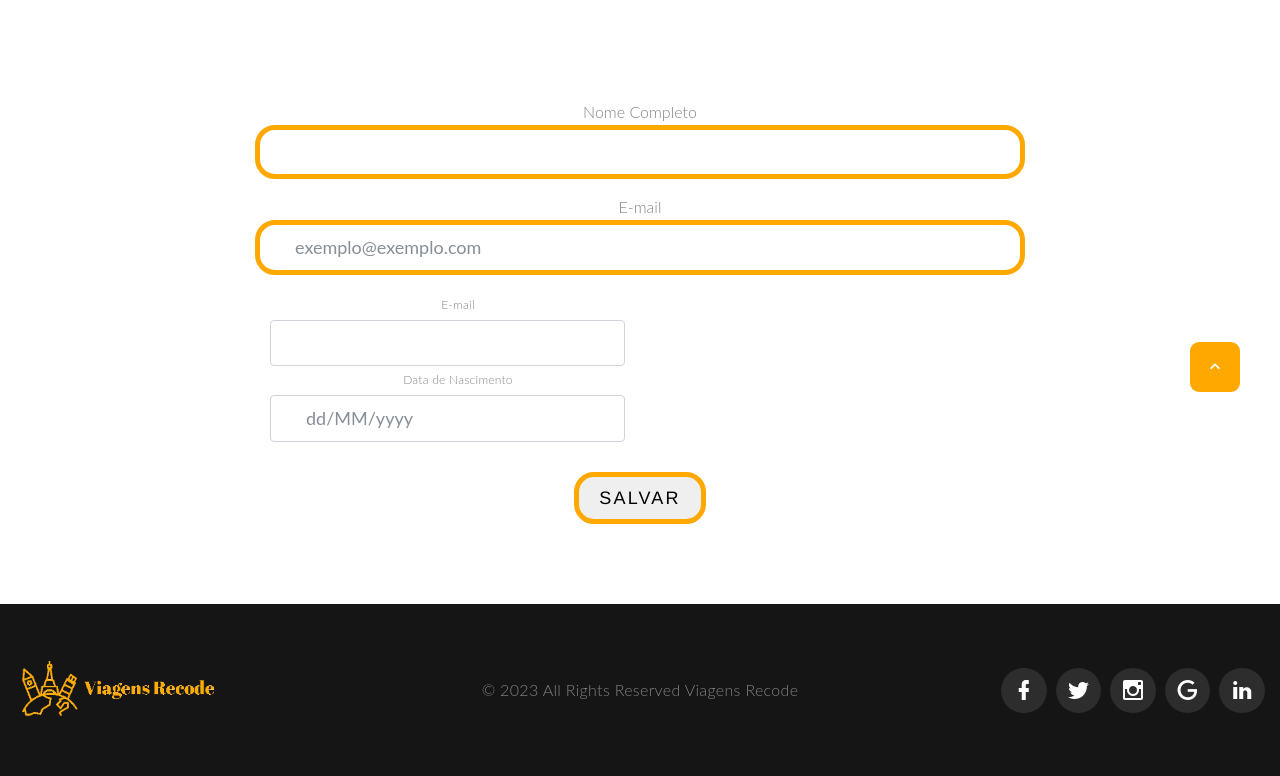
Repository: LiraS23/RecodePro2023-Modulo-4
Page: http://localhost/Modulo4/editarCliente.jsp
The author's editor kept a copy of each file at every save. The page is drawn from the files as they stood at one save, then again after the next save.
The browser window is 1280 px wide. The pictures show the part of the page from y = 388 to 1184 px (the page is 1164 px tall before and 1184 px after).
Some web fonts or font styles are not loaded; a fallback is used. The page is served by Tomcat 10. Other server files are loaded and not shown.

Above is the page before, as saved 2023-11-02 17:47:52.

### java/Modulo4/src/main/webapp/editarCliente.jsp
<%@ page language="java" contentType="text/html; charset=UTF-8"
	pageEncoding="UTF-8"%>
<!DOCTYPE html>
<html lang="pt-br">
<head>
<meta charset="UTF-8">
<meta name="viewport"
	content="width=device-width, height=device-height, initial-scale=1.0">
<meta http-equiv="X-UA-Compatible" content="IE=edge">
<title>Editar Cliente</title>

<link rel="icon" href="assets/images/favicon.ico" type="image/x-icon">
<link rel="stylesheet" type="text/css"
	href="assets/fonts.googleapis.com/css?family=Oswald:200,400%7CLato:300,400,300italic,700%7CMontserrat:900">
<link rel="stylesheet" href="assets/css/bootstrap.css">
<link rel="stylesheet" href="assets/css/style.css">
<link rel="stylesheet" href="assets/css/fonts.css">
</head>
<body>
	<div class="page">
		<header
			class="section page-header breadcrumbs-custom-wrap bg-gradient bg-secondary-2 novi-background bg-cover">
			<!-- RD Navbar-->
			<div class="rd-navbar-wrap rd-navbar-default">
				<nav class="rd-navbar" data-layout="rd-navbar-fixed"
					data-sm-layout="rd-navbar-fixed" data-md-layout="rd-navbar-fixed"
					data-md-device-layout="rd-navbar-fixed"
					data-lg-layout="rd-navbar-fullwidth"
					data-xl-layout="rd-navbar-static"
					data-lg-device-layout="rd-navbar-fixed"
					data-xl-device-layout="rd-navbar-static"
					data-md-stick-up-offset="2px" data-lg-stick-up-offset="2px"
					data-stick-up="true" data-sm-stick-up="true"
					data-md-stick-up="true" data-lg-stick-up="true"
					data-xl-stick-up="true">
					<div class="rd-navbar-inner">
						<!-- RD Navbar Panel-->
						<div class="rd-navbar-panel">
							<!-- RD Navbar Toggle-->
							<button class="rd-navbar-toggle"
								data-rd-navbar-toggle=".rd-navbar-nav-wrap">
								<span></span>
							</button>
							<!-- RD Navbar Brand-->
							<div class="rd-navbar-brand">
								<a class="brand-name" href="index.html"><img
									class="logo-default"
									src="assets/images/logo-default-208x46.png" alt="" width="208"
									height="46" /><img class="logo-inverse"
									src="assets/images/logo-inverse-208x46.png" alt="" width="208"
									height="46" /></a>
							</div>
						</div>
						<div class="rd-navbar-aside-right">
							<div class="rd-navbar-nav-wrap">
								<!-- RD Navbar Nav-->
								<ul class="rd-navbar-nav">
									<li><a href="index.html">Home</a></li>
									<li><a href="destinos.jsp">Destinos</a></li>
									<li><a href="promocoes.html">Promoções</a></li>
									<li><a href="contato.html">Contato</a></li>
									<li class="active"><a href="cliente.jsp">Cliente</a></li>
								</ul>
							</div>
						</div>
						<div class="rd-navbar-aside-right">
							<a class="button button-sm button-secondary button-nina"
								href="pedidos.html">Reserve um passeio agora</a>
						</div>
					</div>
				</nav>
			</div>
			<!-- Breadcrumbs-->
			<section class="breadcrumbs-custom"
				style="background: url(&quot;https://travelplustur.com.br/wp-content/uploads/2022/04/travelplus-tur-22.jpg&quot;); background-size: cover;">
				<div class="container">
					<p class="breadcrumbs-custom-subtitle">Edite seu</p>
					<p class="heading-1 breadcrumbs-custom-title">Cadastro</p>
				</div>
			</section>

		</header>

		<!-- Cadastro-->
		<section class="section section-lg bg-default text-center">
			<div class="container">
				<div class="row justify-content-center">
					<div class="col-md-8">
						<!--form-->
						<form id="editForm" data-form-output="form-output-global"
							data-form-type="edicao" method="post"
							action="/Modulo4/ClienteController">
							<input type="hidden" name="action" value="atualizar"> <input
								type="hidden" id="cpf" name="cpf" value="">
							<div class="form-group">
								<label for="edit_nome">Nome Completo</label> <input type="text"
									class="form-control" id="edit_nome" name="nome"
									placeholder="" data-constraints="@Email @Required"
									style="border: 5px solid #FFA900; border-radius: 20px;">
							</div>
							<div class="form-group">
								<label for="edit_email">E-mail</label> <input type="email"
									class="form-control" id="edit_email" name="email"
									placeholder="exemplo@exemplo.com" data-constraints="@Email @Required"
									style="border: 5px solid #FFA900; border-radius: 20px;">
							</div>
							<div class="col-md-6">
								<div class="form-wrap form-wrap-validation">
									<label class="form-label-outside" for="email">E-mail</label> <input
										class="form-control" id="email" type="email" name="email"
										data-constraints="@Email @Required" />
								</div>
							</div>
							<div class="col-md-6">
								<div class="form-wrap form-wrap-validation">
									<label class="form-label-outside" for="dataNasc">Data
										de Nascimento</label><input class="form-control" id="dataNasc"
										type="text" name="dataNasc" placeholder="dd/MM/yyyy"
										data-constraints="@Numeric @Required" />
								</div>
							</div>
							<div class="col-sm-12 offset-custom-1">
								<div class="form-button">
									<button class="btn btn-secondary"
										style="border: 5px solid #FFA900; border-radius: 20px;"
										type="button" onclick="atualizarCliente()">Salvar</button>
								</div>
							</div>
						</form>
					</div>
				</div>
			</div>
		</section>
		<!-- Footer Minimal-->
		<footer
			class="section page-footer page-footer-minimal novi-background bg-cover text-center bg-gray-darker">
			<div class="container container-wide">
				<div
					class="row row-fix justify-content-sm-center align-items-md-center row-30">
					<div class="col-md-10 col-lg-7 col-xl-4 text-xl-left">
						<a href="index.html"><img class="inverse-logo"
							src="assets/images/logo-inverse-208x46.png" alt="" width="208"
							height="46" /></a>
					</div>
					<div class="col-md-10 col-lg-7 col-xl-4">
						<p class="right">
							&#169;&nbsp;<span class="copyright-year"></span> All Rights
							Reserved Viagens Recode
						</p>
					</div>
					<div class="col-md-10 col-lg-7 col-xl-4 text-xl-right">
						<ul class="group-xs group-middle">
							<li><a
								class="icon novi-icon icon-md-middle icon-circle icon-secondary-5-filled mdi mdi-facebook"
								href="#"></a></li>
							<li><a
								class="icon novi-icon icon-md-middle icon-circle icon-secondary-5-filled mdi mdi-twitter"
								href="#"></a></li>
							<li><a
								class="icon novi-icon icon-md-middle icon-circle icon-secondary-5-filled mdi mdi-instagram"
								href="#"></a></li>
							<li><a
								class="icon novi-icon icon-md-middle icon-circle icon-secondary-5-filled mdi mdi-google"
								href="#"></a></li>
							<li><a
								class="icon novi-icon icon-md-middle icon-circle icon-secondary-5-filled mdi mdi-linkedin"
								href="#"></a></li>
						</ul>
					</div>
				</div>
			</div>
		</footer>
	</div>

	<!-- Global Mailform Output-->
	<div class="snackbars" id="form-output-global"></div>
	<!-- Javascript-->
	<script src="assets/js/core.min.js"></script>
	<script src="assets/js/script.js"></script>
	<script>
		function atualizarCliente() {
			// Obtenha o valor do CPF da URL
			var urlParams = new URLSearchParams(window.location.search);
			var cpf = urlParams.get("cpf");

			// Obtenha os valores dos campos de nome, email e dataNasc
			var nome = $("#nome").val();
			var dataNasc = $("#dataNasc").val();
			var email = $("#email").val();

			// Realize a validação dos campos, se necessário

			// Faça uma solicitação AJAX para o servidor para atualizar o cliente
			$.ajax({
				type : "POST",
				url : "/Modulo4/ClienteController", // A URL deve apontar para o seu servlet
				data : {
					action : "atualizar",
					cpf : cpf,
					nome : nome,
					dataNasc : dataNasc,
					email : email
				// Adicione o campo de email aqui
				},
				success : function(response) {
					alert(response); // Exiba uma mensagem de sucesso ou erro
				},
				error : function() {
					alert('Erro ao atualizar o cliente.');
				}
			});
		}
	</script>


</body>
</html>

Loaded but not shown: java/Modulo4/src/main/webapp/assets/css/bootstrap.css (library); java/Modulo4/src/main/webapp/assets/css/style.css (library); java/Modulo4/src/main/webapp/assets/css/fonts.css (library); java/Modulo4/src/main/webapp/assets/js/core.min.js (library); java/Modulo4/src/main/webapp/assets/js/script.js (1496 lines, source omitted)

After the next save:
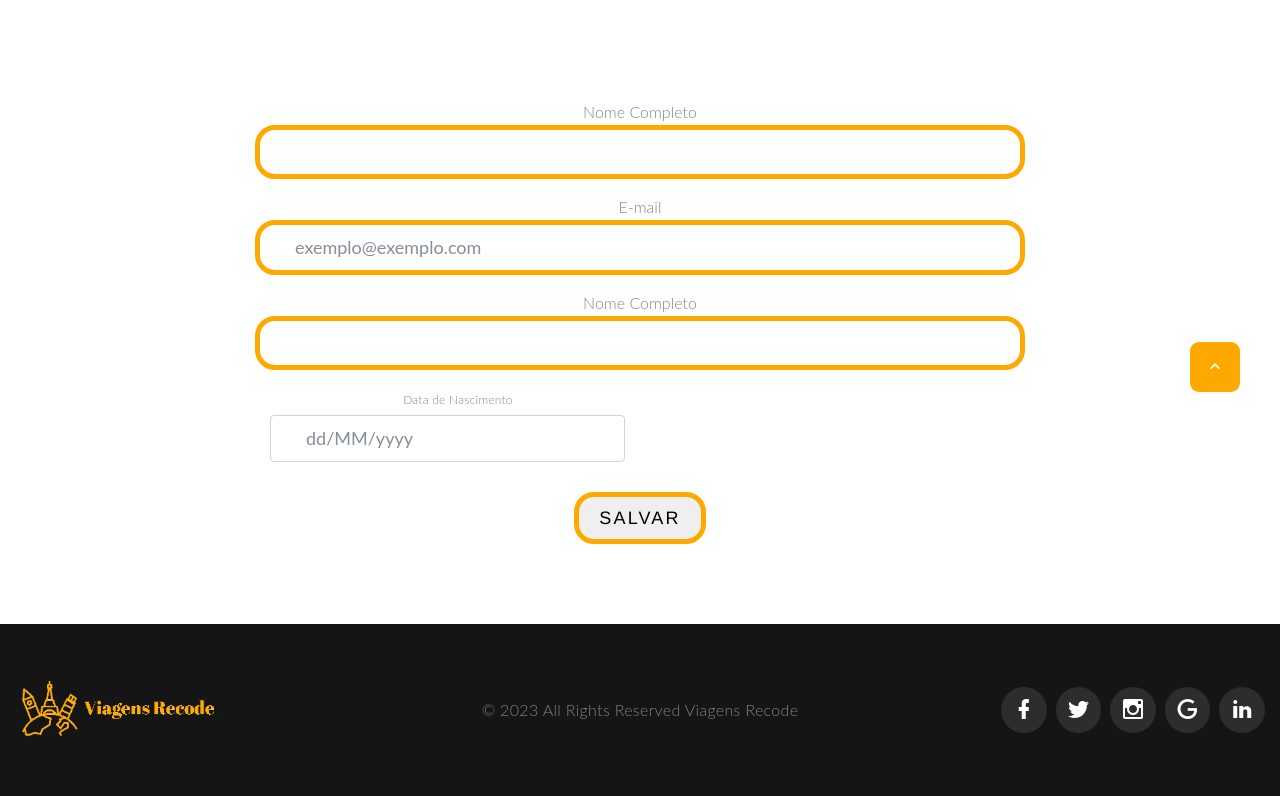
Saved 26 s later.
--- a/java/Modulo4/src/main/webapp/editarCliente.jsp
+++ b/java/Modulo4/src/main/webapp/editarCliente.jsp
@@ -104,12 +104,11 @@
 									placeholder="exemplo@exemplo.com" data-constraints="@Email @Required"
 									style="border: 5px solid #FFA900; border-radius: 20px;">
 							</div>
-							<div class="col-md-6">
-								<div class="form-wrap form-wrap-validation">
-									<label class="form-label-outside" for="email">E-mail</label> <input
-										class="form-control" id="email" type="email" name="email"
-										data-constraints="@Email @Required" />
-								</div>
+							<div class="form-group">
+								<label for="edit_nome">Nome Completo</label> <input type="text"
+									class="form-control" id="edit_nome" name="nome"
+									placeholder="" data-constraints="@Email @Required"
+									style="border: 5px solid #FFA900; border-radius: 20px;">
 							</div>
 							<div class="col-md-6">
 								<div class="form-wrap form-wrap-validation">
